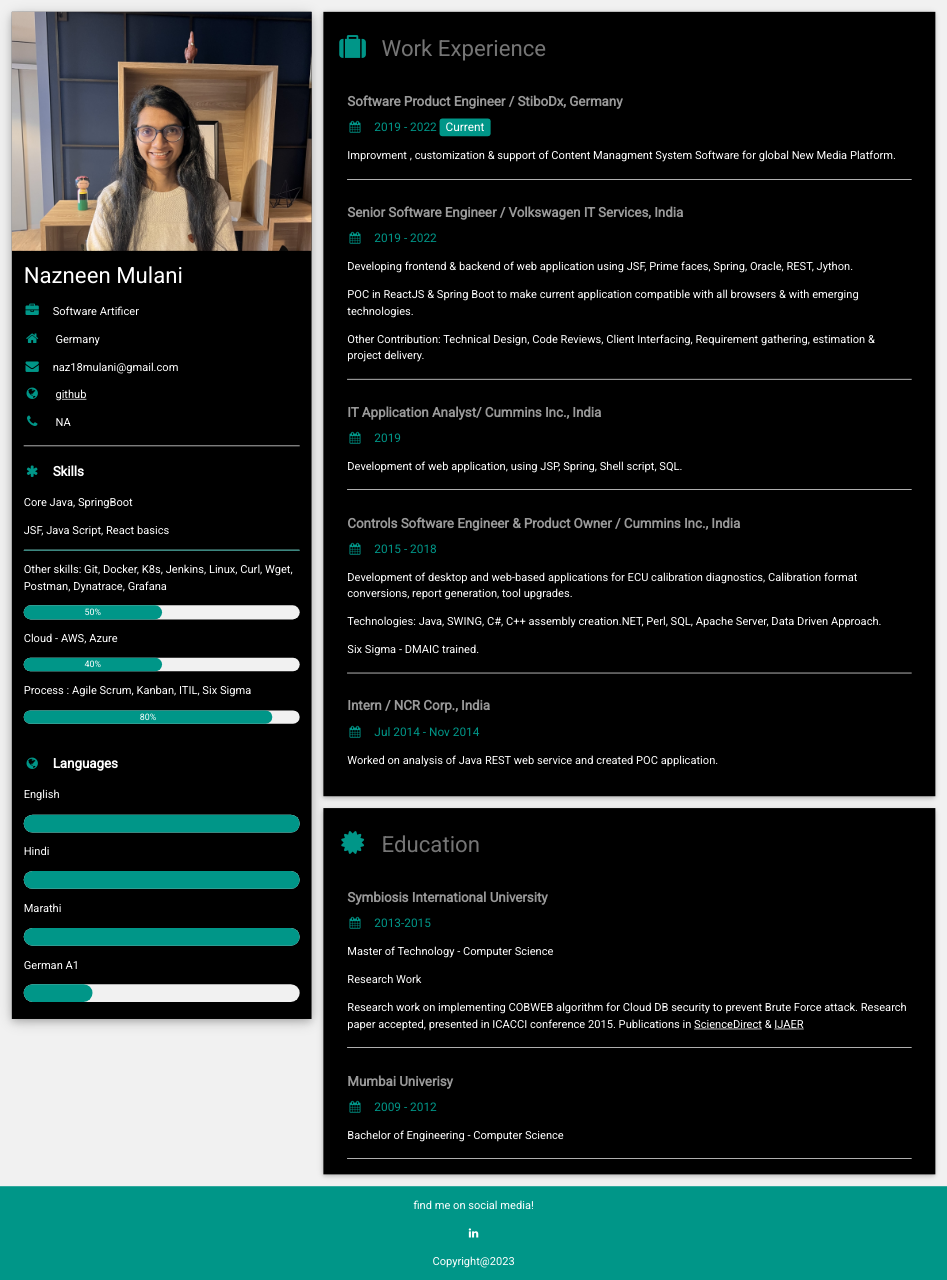
Repository: nazneenprojects/nazneen.github.io
Page: index.html
An editor plug-in stored every save of this project. The page is shown before and after the next save, followed by the edit.
The browser window is 1280 px wide. The pictures show the whole page, at 74% of full size.

Above is the page before, as saved 2023-07-09 11:40:41.

### index.html
<!DOCTYPE html>
<html>
<title>Nazneen Portfolio</title>
<meta charset="UTF-8">
<meta name="viewport" content="width=device-width, initial-scale=1">
<link rel="stylesheet" href="https://www.w3schools.com/w3css/4/w3.css">
<link rel='stylesheet' href='https://fonts.googleapis.com/css?family=Roboto'>
<link rel="stylesheet" href="https://cdnjs.cloudflare.com/ajax/libs/font-awesome/4.7.0/css/font-awesome.min.css">
<style>
html,body,h1,h2,h3,h4,h5,h6 {font-family: "Roboto", sans-serif}
</style>
<body class="w3-light-grey">

<!-- Page Container -->
<div class="w3-content w3-margin-top" style="max-width:1400px;">

  <!-- The Grid -->
  <div class="w3-row-padding">

    <!-- Left Column -->
    <div class="w3-third">

      <div class="w3-black w3-text-white w3-card-4">
        <div class="w3-display-container">
          <img src="IMG_NazneenM.JPG" style="width:100%" alt="Avatar">
          <div class="w3-display-bottomleft w3-container w3-text-black">
          </div>
        </div>
        <div class="w3-container">
          <h2>Nazneen Mulani</h2>
          <p><i class="fa fa-briefcase fa-fw w3-margin-right w3-large w3-text-teal"></i>Software Artificer</p>
          <p><i class="fa fa-home fa-fw w3-margin-right w3-large w3-text-teal"></i> Germany </p>
          <p><i class="fa fa-envelope fa-fw w3-margin-right w3-large w3-text-teal"></i>naz18mulani@gmail.com</p>
          <p><i class="fa fa-globe fa-fw w3-margin-right w3-large w3-text-teal"></i>
          <a href="https://github.com/nazneenprojects">github</a>
          </p>
          <p><i class="fa fa-phone fa-fw w3-margin-right w3-large w3-text-teal"></i> NA </p>
          <hr>

          <p class="w3-large"><b><i class="fa fa-asterisk fa-fw w3-margin-right w3-text-teal"></i>Skills</b></p>
          <p>Core Java, SpringBoot</p>
          <div class="w3-light-grey w3-square-xlarge w3-small">
          </div>
          <p>JSF, Java Script, React basics</p>
          <div class="w3-light-grey w3-round-xlarge w3-small">
            <div class="w3-container w3-center w3-round-xlarge w3-teal" style="width:100%">
            </div>
          </div>
          <p>Other skills: Git, Docker, K8s, Jenkins, Linux, Curl, Wget, Postman, Dynatrace, Grafana</p>
          <div class="w3-light-grey w3-round-xlarge w3-small">
            <div class="w3-container w3-center w3-round-xlarge w3-teal" style="width:50%">50%</div>
          </div>
          <p>Cloud - AWS, Azure</p>
          <div class="w3-light-grey w3-round-xlarge w3-small">
            <div class="w3-container w3-center w3-round-xlarge w3-teal" style="width:50%">40%</div>
          </div>
          <p>Process : Agile Scrum, Kanban, ITIL, Six Sigma</p>
          <div class="w3-light-grey w3-round-xlarge w3-small">
            <div class="w3-container w3-center w3-round-xlarge w3-teal" style="width:90%">80%</div>
          </div>
          <br>

          <p class="w3-large w3-text-theme"><b><i class="fa fa-globe fa-fw w3-margin-right w3-text-teal"></i>Languages</b></p>
          <p>English</p>
          <div class="w3-light-grey w3-round-xlarge">
            <div class="w3-round-xlarge w3-teal" style="height:24px;width:100%"></div>
          </div>
          <p>Hindi</p>
          <div class="w3-light-grey w3-round-xlarge">
            <div class="w3-round-xlarge w3-teal" style="height:24px;width:100%"></div>
          </div>
          <p>Marathi</p>
          <div class="w3-light-grey w3-round-xlarge">
            <div class="w3-round-xlarge w3-teal" style="height:24px;width:100%"></div>
          </div>
          <p>German A1</p>
          <div class="w3-light-grey w3-round-xlarge">
            <div class="w3-round-xlarge w3-teal" style="height:24px;width:25%"></div>
          </div>
          <br>
        </div>
      </div><br>

    <!-- End Left Column -->
    </div>

    <!-- Right Column -->
    <div class="w3-twothird">

      <div class="w3-container w3-card w3-black w3-margin-bottom">
        <h2 class="w3-text-grey w3-padding-16"><i class="fa fa-suitcase fa-fw w3-margin-right w3-xxlarge w3-text-teal"></i>Work Experience</h2>
        <div class="w3-container">
          <h5 class="w3-opacity"><b>Software Product Engineer / StiboDx, Germany</b></h5>
          <h6 class="w3-text-teal"><i class="fa fa-calendar fa-fw w3-margin-right"></i>2019 - 2022 <span class="w3-tag w3-teal w3-round">Current</span></h6>
          <p> Improvment , customization & support of Content Managment System Software for global New Media Platform.</p>
          <hr>
        </div>
        <div class="w3-container">
          <h5 class="w3-opacity"><b>Senior Software Engineer / Volkswagen IT Services, India</b></h5>
          <h6 class="w3-text-teal"><i class="fa fa-calendar fa-fw w3-margin-right"></i>2019 - 2022</h6>
          <p>Developing frontend & backend of web application using JSF, Prime faces, Spring, Oracle, REST, Jython.</p>
          <p>POC in ReactJS & Spring Boot to make current application compatible with all browsers & with emerging technologies.</p>
          <p>Other Contribution: Technical Design, Code Reviews, Client Interfacing, Requirement gathering, estimation & project delivery.</p>
          <hr>
        </div>
        <div class="w3-container">
          <h5 class="w3-opacity"><b>IT Application Analyst/ Cummins Inc., India</b></h5>
          <h6 class="w3-text-teal"><i class="fa fa-calendar fa-fw w3-margin-right"></i>2019 </h6>
          <p>Development of web application, using JSP, Spring, Shell script, SQL.</p>
          <hr>
        </div>
        <div class="w3-container">
          <h5 class="w3-opacity"><b>Controls Software Engineer & Product Owner / Cummins Inc., India</b></h5>
          <h6 class="w3-text-teal"><i class="fa fa-calendar fa-fw w3-margin-right"></i>2015 - 2018</h6>
          <p>Development of desktop and web-based applications for ECU calibration diagnostics, Calibration format conversions, report generation, tool upgrades.</p>
          <p>Technologies: Java, SWING, C#, C++ assembly creation.NET, Perl, SQL, Apache Server, Data Driven Approach.</p>
          <p>Six Sigma - DMAIC trained.</p>
          <hr>
        </div>
        <div class="w3-container">
          <h5 class="w3-opacity"><b>Intern / NCR Corp., India</b></h5>
          <h6 class="w3-text-teal"><i class="fa fa-calendar fa-fw w3-margin-right"></i>Jul 2014 - Nov 2014</h6>
          <p>Worked on analysis of Java REST web service and created POC application. </p><br>
        </div>
      </div>

      <div class="w3-container w3-card w3-black">
        <h2 class="w3-text-grey w3-padding-16"><i class="fa fa-certificate fa-fw w3-margin-right w3-xxlarge w3-text-teal"></i>Education</h2>
        <div class="w3-container">
          <h5 class="w3-opacity"><b> Symbiosis International University</b></h5>
          <h6 class="w3-text-teal"><i class="fa fa-calendar fa-fw w3-margin-right"></i>2013-2015</h6>
          <p>Master of Technology - Computer Science</p>
          <p>Research Work</p>
          <p>
            Research work on implementing COBWEB algorithm for Cloud DB security to prevent Brute Force attack. Research paper accepted, presented in ICACCI conference 2015. Publications in

            <a href="https://www.sciencedirect.com/science/article/pii/S1877050915005359">ScienceDirect</a> &
            <a href="https://www.ripublication.com/Volume/ijaerv10n12.htm">IJAER</a>
          </p>
          <hr>
        </div>
        <div class="w3-container">
          <h5 class="w3-opacity"><b>Mumbai Univerisy</b></h5>
          <h6 class="w3-text-teal"><i class="fa fa-calendar fa-fw w3-margin-right"></i>2009 - 2012</h6>
          <p>Bachelor of Engineering - Computer Science</p>
          <hr>
        </div>
      </div>

    <!-- End Right Column -->
    </div>

  <!-- End Grid -->
  </div>

  <!-- End Page Container -->
</div>

<footer class="w3-container w3-teal w3-center w3-margin-top">

  <p>find me on social media!</p>
  <a href="https://www.linkedin.com/in/nazneen-mulani-05004012a/"> <i class="fa fa-linkedin w3-hover-opacity"></i></a>
  <p>Copyright@2023</p>
 <!--
  <i class="fa fa-facebook-official w3-hover-opacity"></i>
  <i class="fa fa-instagram w3-hover-opacity"></i>
  <i class="fa fa-snapchat w3-hover-opacity"></i>
  <i class="fa fa-pinterest-p w3-hover-opacity"></i>
  <i class="fa fa-twitter w3-hover-opacity"></i>
  <p>Powered by <a href="https://www.w3schools.com/w3css/default.asp" target="_blank">w3.css</a></p>
 -->
</footer>

</body>
</html>

After the next save:
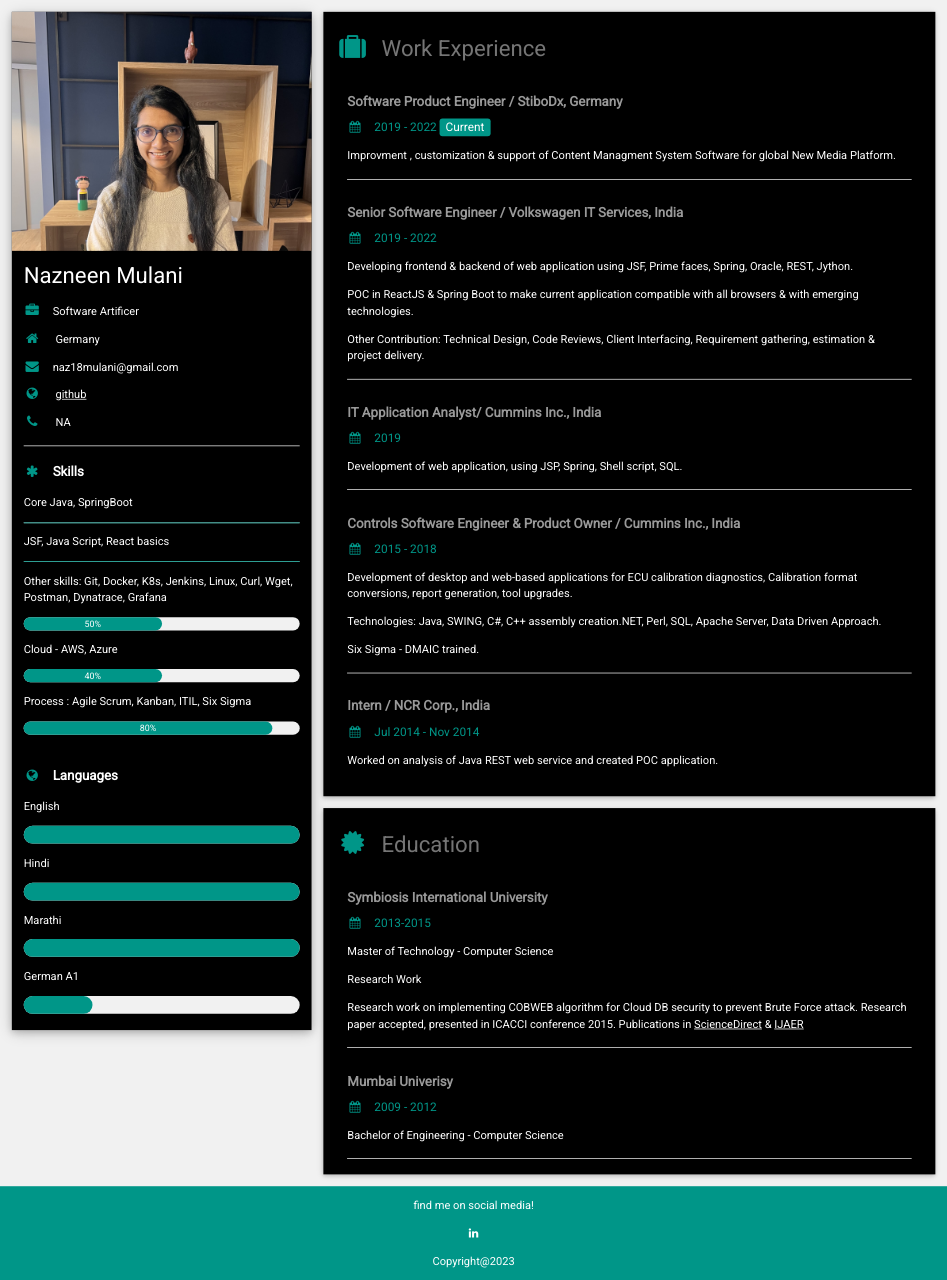
Saved 24 s later.
--- a/index.html
+++ b/index.html
@@ -40,6 +40,10 @@
           <p class="w3-large"><b><i class="fa fa-asterisk fa-fw w3-margin-right w3-text-teal"></i>Skills</b></p>
           <p>Core Java, SpringBoot</p>
           <div class="w3-light-grey w3-square-xlarge w3-small">
+          </div>
+          <div class="w3-light-grey w3-square-xlarge w3-small">
+            <div class="w3-container w3-center w3-round-xlarge w3-teal" style="width:100%">
+            </div>
           </div>
           <p>JSF, Java Script, React basics</p>
           <div class="w3-light-grey w3-round-xlarge w3-small">

After the save that followed:
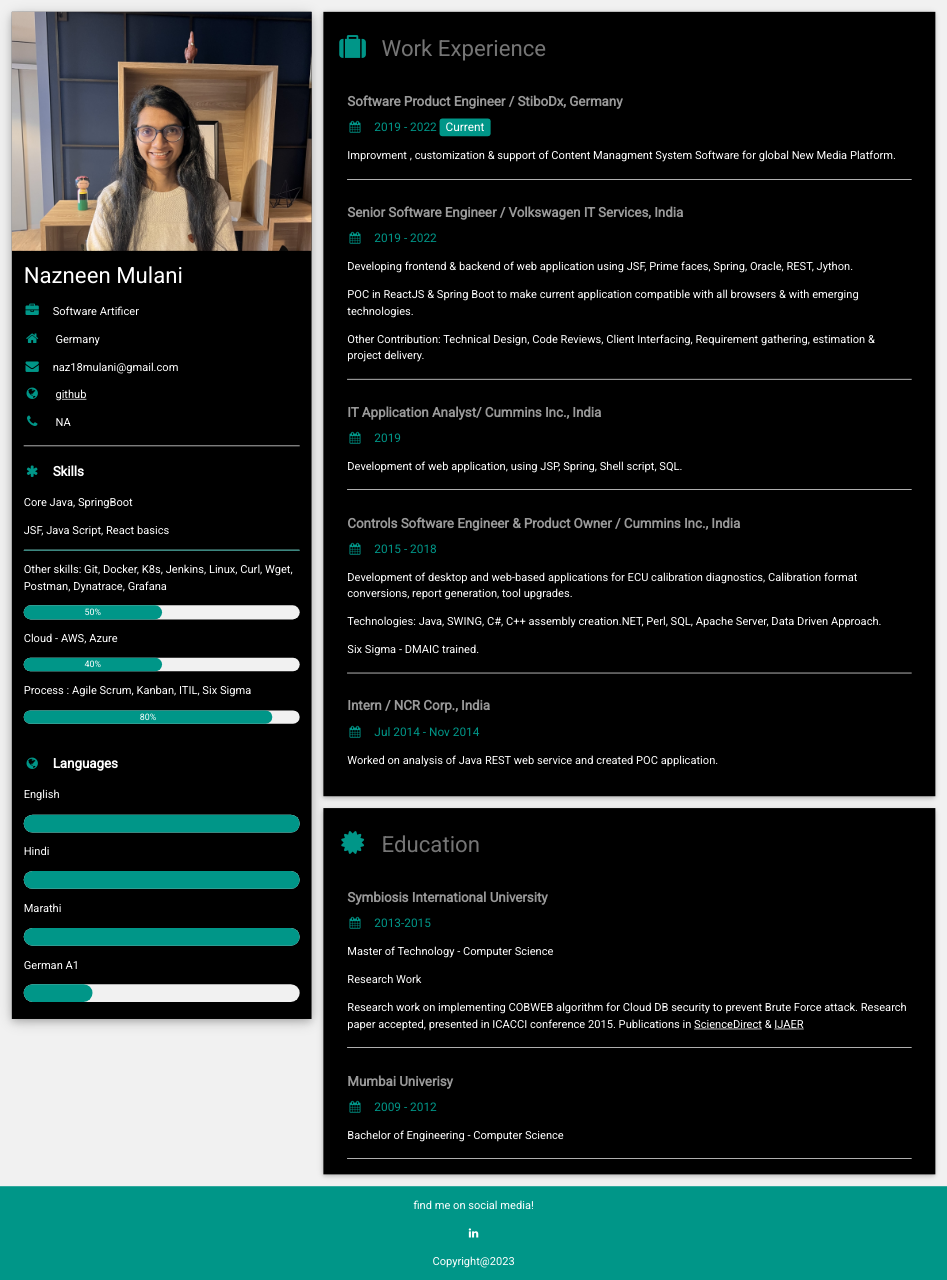
Saved 13 s later.
--- a/index.html
+++ b/index.html
@@ -40,10 +40,6 @@
           <p class="w3-large"><b><i class="fa fa-asterisk fa-fw w3-margin-right w3-text-teal"></i>Skills</b></p>
           <p>Core Java, SpringBoot</p>
           <div class="w3-light-grey w3-square-xlarge w3-small">
-          </div>
-          <div class="w3-light-grey w3-square-xlarge w3-small">
-            <div class="w3-container w3-center w3-round-xlarge w3-teal" style="width:100%">
-            </div>
           </div>
           <p>JSF, Java Script, React basics</p>
           <div class="w3-light-grey w3-round-xlarge w3-small">
